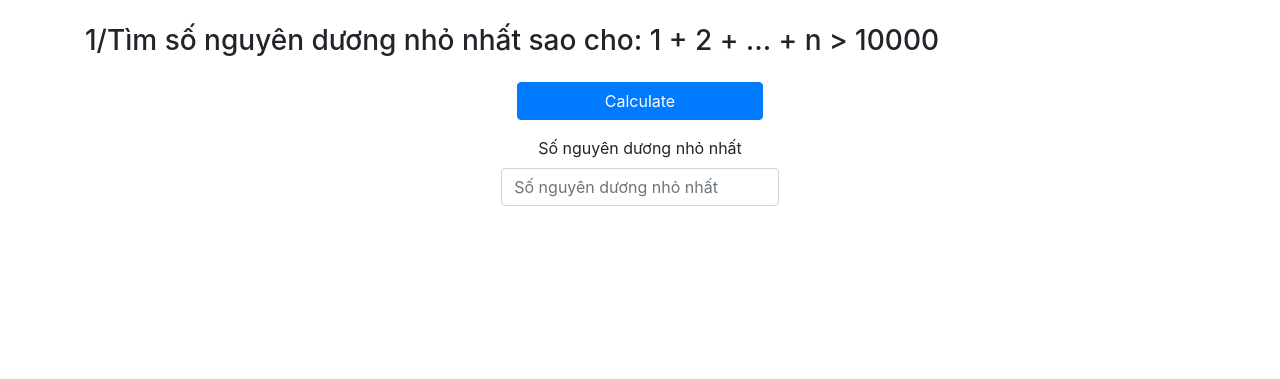
Repository: baobaodeveloper/bootcamp21__loop__HuynhAnhBao
Page: index.html
The author's editor kept a copy of each file at every save. The page is drawn from the files as they stood at one save, then again after the next save.
The browser window is 1280 px wide. The pictures show the whole page.

Above is the page before, as saved 2022-03-16 23:06:18.

### index.html
<!DOCTYPE html>
<html lang="en">
  <head>
    <title>Exercise Js</title>
    <!-- Required meta tags -->
    <meta charset="utf-8" />
    <meta
      name="viewport"
      content="width=device-width, initial-scale=1, shrink-to-fit=no"
    />

    <!-- Bootstrap CSS -->
    <link
      rel="stylesheet"
      href="https://stackpath.bootstrapcdn.com/bootstrap/4.3.1/css/bootstrap.min.css"
      integrity="sha384-ggOyR0iXCbMQv3Xipma34MD+dH/1fQ784/j6cY/iJTQUOhcWr7x9JvoRxT2MZw1T"
      crossorigin="anonymous"
    />
  </head>
  <body>
    <!--1/Tìm số nguyên dương nhỏ nhất sao cho:
    1 + 2 + … + n > 10000-->
    <div class="container mt-4">
      <h3>1/Tìm số nguyên dương nhỏ nhất sao cho: 1 + 2 + … + n > 10000</h3>
      <div class="mb-3 flex-md-column d-flex w-25 m-auto text-center">
        <button type="button" id="min-number" class="btn btn-primary m-3">
          Calculate
        </button>
        <label class="form-label">Số nguyên dương nhỏ nhất</label>
        <input
          type="email"
          class="form-control"
          id="result1"
          placeholder="Số nguyên dương nhỏ nhất"
        />
      </div>
    </div>

    <div class="container mt-5 pt-5"></div>

    <!-- Optional JavaScript -->
    <!-- jQuery first, then Popper.js, then Bootstrap JS -->
    <script
      src="https://code.jquery.com/jquery-3.3.1.slim.min.js"
      integrity="sha384-q8i/X+965DzO0rT7abK41JStQIAqVgRVzpbzo5smXKp4YfRvH+8abtTE1Pi6jizo"
      crossorigin="anonymous"
    ></script>
    <script
      src="https://cdnjs.cloudflare.com/ajax/libs/popper.js/1.14.7/umd/popper.min.js"
      integrity="sha384-UO2eT0CpHqdSJQ6hJty5KVphtPhzWj9WO1clHTMGa3JDZwrnQq4sF86dIHNDz0W1"
      crossorigin="anonymous"
    ></script>
    <script
      src="https://stackpath.bootstrapcdn.com/bootstrap/4.3.1/js/bootstrap.min.js"
      integrity="sha384-JjSmVgyd0p3pXB1rRibZUAYoIIy6OrQ6VrjIEaFf/nJGzIxFDsf4x0xIM+B07jRM"
      crossorigin="anonymous"
    ></script>

    <!-- <script src="exercise1.js"></script> -->
    <script src="exercise2.js"></script>
  </body>
</html>

Loaded but not shown: exercise2.js (no stored copy; drawn as an empty file)

After the next save:
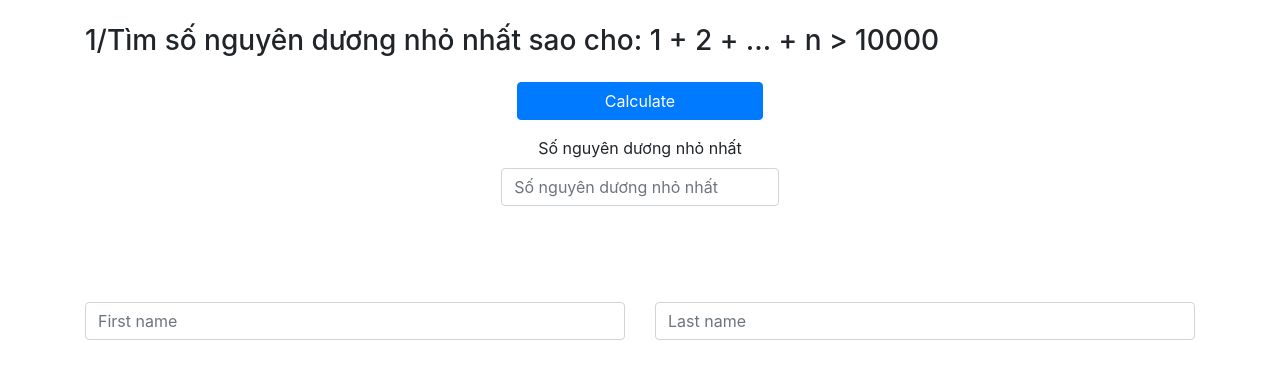
Saved 35 s later.
--- a/index.html
+++ b/index.html
@@ -36,7 +36,26 @@
       </div>
     </div>
 
-    <div class="container mt-5 pt-5"></div>
+    <div class="container mt-5 pt-5">
+      <div class="row">
+        <div class="col">
+          <input
+            type="text"
+            class="form-control"
+            placeholder="First name"
+            aria-label="First name"
+          />
+        </div>
+        <div class="col">
+          <input
+            type="text"
+            class="form-control"
+            placeholder="Last name"
+            aria-label="Last name"
+          />
+        </div>
+      </div>
+    </div>
 
     <!-- Optional JavaScript -->
     <!-- jQuery first, then Popper.js, then Bootstrap JS -->
